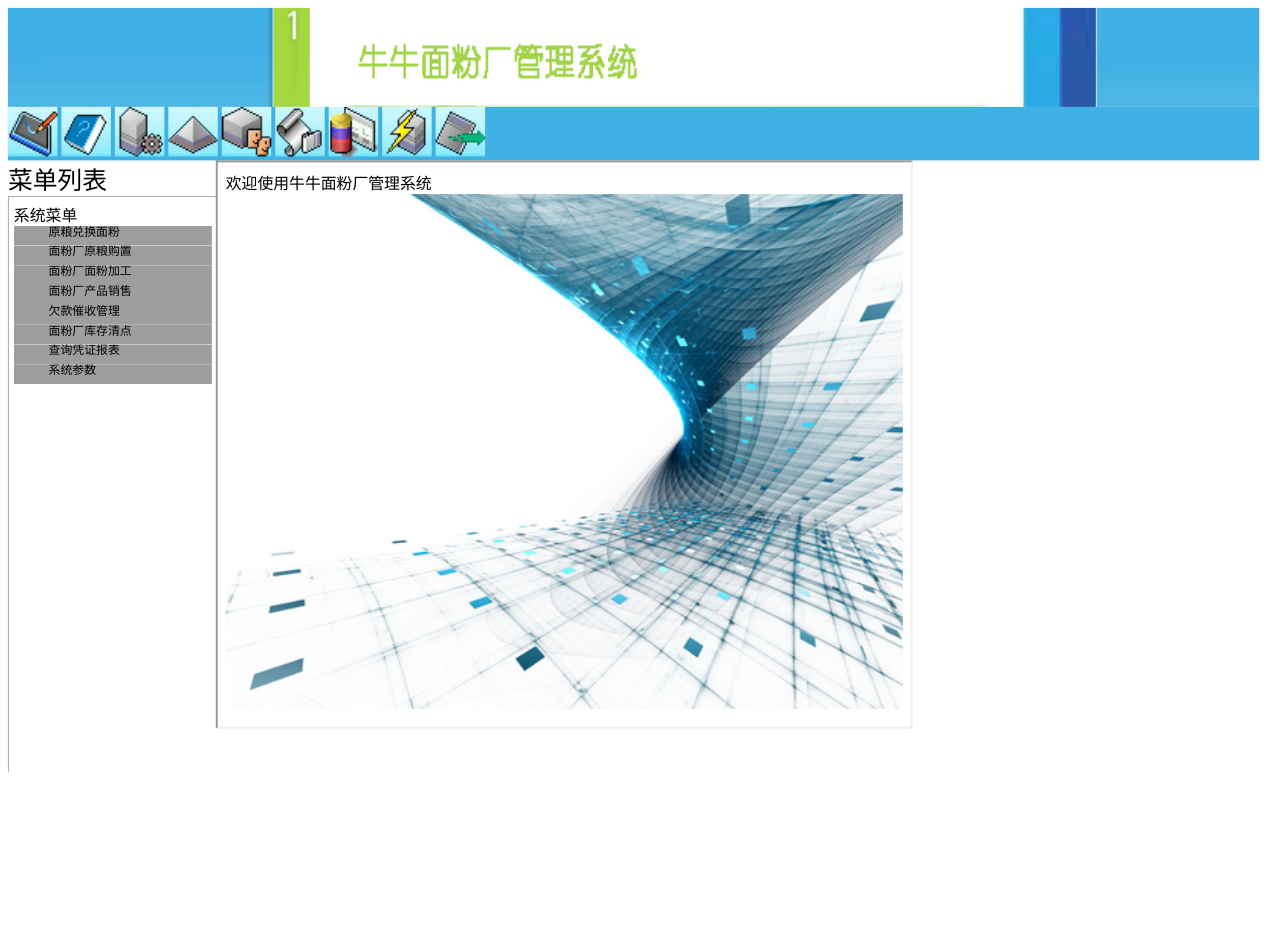
Repository: yuxingyan/OneCrewFlour
Page: http://localhost/Flour/
The author's editor kept a copy of each file at every save. The page is drawn from the files as they stood at one save, then again after the next save.
The browser window is 1280 px wide. The pictures show the whole page, at 99% of full size.
Pictures or frames that could not be fetched are drawn as grey boxes. The page is served by Tomcat 9. Nobody is signed in. The application's start-up code is not run. Other server files are loaded and not shown.

Above is the page before, as saved 2018-01-11 05:58:53.

### Flour/WebRoot/index.jsp
<%@ page language="java" import="java.util.*" pageEncoding="utf-8"%>
<%@ taglib prefix="s" uri="/struts-tags" %>
<%
String path = request.getContextPath();
String basePath = request.getScheme()+"://"+request.getServerName()+":"+request.getServerPort()+path+"/";
%>

<!DOCTYPE HTML PUBLIC "-//W3C//DTD HTML 4.01 Transitional//EN">
<html>
  <head>
    <base href="<%=basePath%>">

    <title>My JSP 'index.jsp' starting page</title>
    <link rel="stylesheet"href="css/bg.css"type="text/css"/>
	<meta http-equiv="pragma" content="no-cache">
	<meta http-equiv="cache-control" content="no-cache">
	<meta http-equiv="expires" content="0">
	<meta http-equiv="keywords" content="keyword1,keyword2,keyword3">
	<meta http-equiv="description" content="This is my page">
	<!--
	<link rel="stylesheet" type="text/css" href="styles.css">
	-->


  </head>

  <body>

  <img src="images/login_05.gif"width="100%"height="100">
  <div id="body" >
  <img src="images/icon_1.bmp"width="50"height="50">
   <img src="images/icon_2.bmp"width="50"height="50">
    <img src="images/icon_3.bmp"width="50"height="50">
     <img src="images/icon_4.bmp"width="50"height="50">
      <img src="images/icon_5.bmp"width="50"height="50">
       <img src="images/icon_6.bmp"width="50"height="50">
        <img src="images/icon_7.bmp"width="50"height="50">
         <img src="images/icon_8.bmp"width="50"height="50">
          <img src="images/icon_9.bmp"width="50"height="50">
  </div>
  <div id="main">

   <div id="font">菜单列表</div>

    <div id="esunTree" class="tree">系统菜单</div>



  </body>
  <script type="text/javascript">
try{document.execCommand("BackgroundImageCache",false,true)}catch(e){};
function Tree(data, el) {
    this.app=function(par,tag){return par.appendChild(document.createElement(tag))};
    this.create(document.getElementById(el),data)
};
Tree.fn = Tree.prototype = {
    create: function (par,group){
        var host=this, length = group.length;
        for (var i = 0; i < length; i++) {
            var dl =this.app(par,'DL'), dt = this.app(dl,'DT'), dd = this.app(dl,'DD');
            dt.innerHTML='<a href="javascript:void(0)">'+group[i]['t']+'</a>';
            if (!group[i]['s'])continue;
            dt.group=group[i]['s'];
            dt.className+=" node-close";
            dt.onclick=function (){
                var dd= this.nextSibling;
                if (!dd.hasChildNodes()){
                     host.create(dd,this.group);
                     this.className='node-open'
                 }else{
                    var set=dd.style.display=='none'?['','node-open']:['none','node-close'];
                     dd.style.display=set[0];
                     this.className=set[1]
                 }
            }
        }
    }
};
var data=[{
        t:'原粮兑换面粉',s:[
            {t:'<a href=rawfoodinstore target="name">原粮入库</a>'},
            {t:'<a href=flouruse target="name">面粉领用</a>'},
            {t:'<a href=managestore target="name">库存处理</a>'}
        ]
    },
    {t:'面粉厂原粮购置',s:[{t:'<a href=buy target="name">面粉厂原粮购置</a>'}]},
    {t:'面粉厂面粉加工',s:[{t:'<a href=flourprocess target="name">面粉厂面粉加工</a>'}]},
    {t:'面粉厂产品销售',s:[{t:'<a href=sale target="name">面粉厂产品销售</a>'}]},
    {t:'欠款催收管理',s:[{t:'<a href=change target="name">欠款催收管理</a>'}]},
    {t:'面粉厂库存清点',s:[{t:'<a href=checkflourstore target="name">面粉厂库存清点</a>'}]},
    {
        t:'查询凭证报表',s:[
            {t:'<a href=inquireinstore.jsp target="name">原粮入库查询</a>'},
            {t:'<a href=inquireuse.jsp target="name">原粮领用查询</a>'},
            {t:'<a href=inquireprocess.jsp target="name">面粉加工查询</a>'},
            {t:'<a href=inquireoutstore.jsp target="name">产品出库查询</a>'},
            {t:'<a href=inquirebuy.jsp target="name">原粮购置查询</a>'},
            {t:'<a href=inquiresale.jsp target="name">产品销售查询</a>'},

        ]
    },
    {
        t:'系统参数',s:[
            {t:'<a href=userlogin target="name">系统用户管理</a>'},
            {t:'<a href="clientlogin" target="name">客户管理</a>'},
            {t:'<a href="productlogin" target="name">产品类型管理</a>'}
        ]
    }
];
var et=new Tree(data,'esunTree');
 //]]>
</script>
</div>
 <div id="gb"><iframe src="welcome.jsp"width="700"height="570"name="name"></div>

</html>

### Flour/WebRoot/css/bg.css
@CHARSET "UTF-8";
 #body{

background-image:url(../images/login_01.jpg);

 }
 #font{

 font-size:25px;


 }
 .tree{width:200px;border:1px inset #fff;height:100%;padding:5px;overflow:auto;}
.tree dd,.tree dt, .tree dl{margin:0;padding:0;overflow:hidden;}
.tree dd{margin-left:18px;}
.tree dt{background:url(http://www.srcfans.com/jscode/img/201111/tree-bg.png) no-repeat 0 0px;padding-left:35px;line-height :20px;height:20px;}
.tree dt.node-close{background-position: 0 -24px;}
.tree dt.node-open{background-position: 0 -58px;}
.tree dt a{color:#000;text-decoration:none;font: 12px/1 verdana;line-height :12px;_line-height :16px;}
.tree dt a:hover{background:#0A246A;color:#fff;}
#gb{

	margin-top:-780;padding:210;




}

#buttonbg{

	position:absolute;
	width:55;
	height:55;
	background-image:url(../images/login_submit.jpg);
	background-repeat:no-repeat;
     margin-top:-60px;
     margin-left:280px;


}
#long{
	position:relative;

	margin:200px auto; width:400px;
	height:200px;
	background-repeat:no-repeat;


}
#main{


	height:570;
}

### Flour/WebRoot/welcome.jsp
<%@ page language="java" import="java.util.*" pageEncoding="utf-8"%>
<%
String path = request.getContextPath();
String basePath = request.getScheme()+"://"+request.getServerName()+":"+request.getServerPort()+path+"/";
%>

<!DOCTYPE HTML PUBLIC "-//W3C//DTD HTML 4.01 Transitional//EN">
<html>
  <head>
    <base href="<%=basePath%>">

    <title>My JSP 'welcome.jsp' starting page</title>

	<meta http-equiv="pragma" content="no-cache">
	<meta http-equiv="cache-control" content="no-cache">
	<meta http-equiv="expires" content="0">
	<meta http-equiv="keywords" content="keyword1,keyword2,keyword3">
	<meta http-equiv="description" content="This is my page">
	<!--
	<link rel="stylesheet" type="text/css" href="styles.css">
	-->

  </head>

  <body>
 欢迎使用牛牛面粉厂管理系统
  <img src="images/back.jpg"width="100%"height="520">
  </body>
</html>

After the next save:
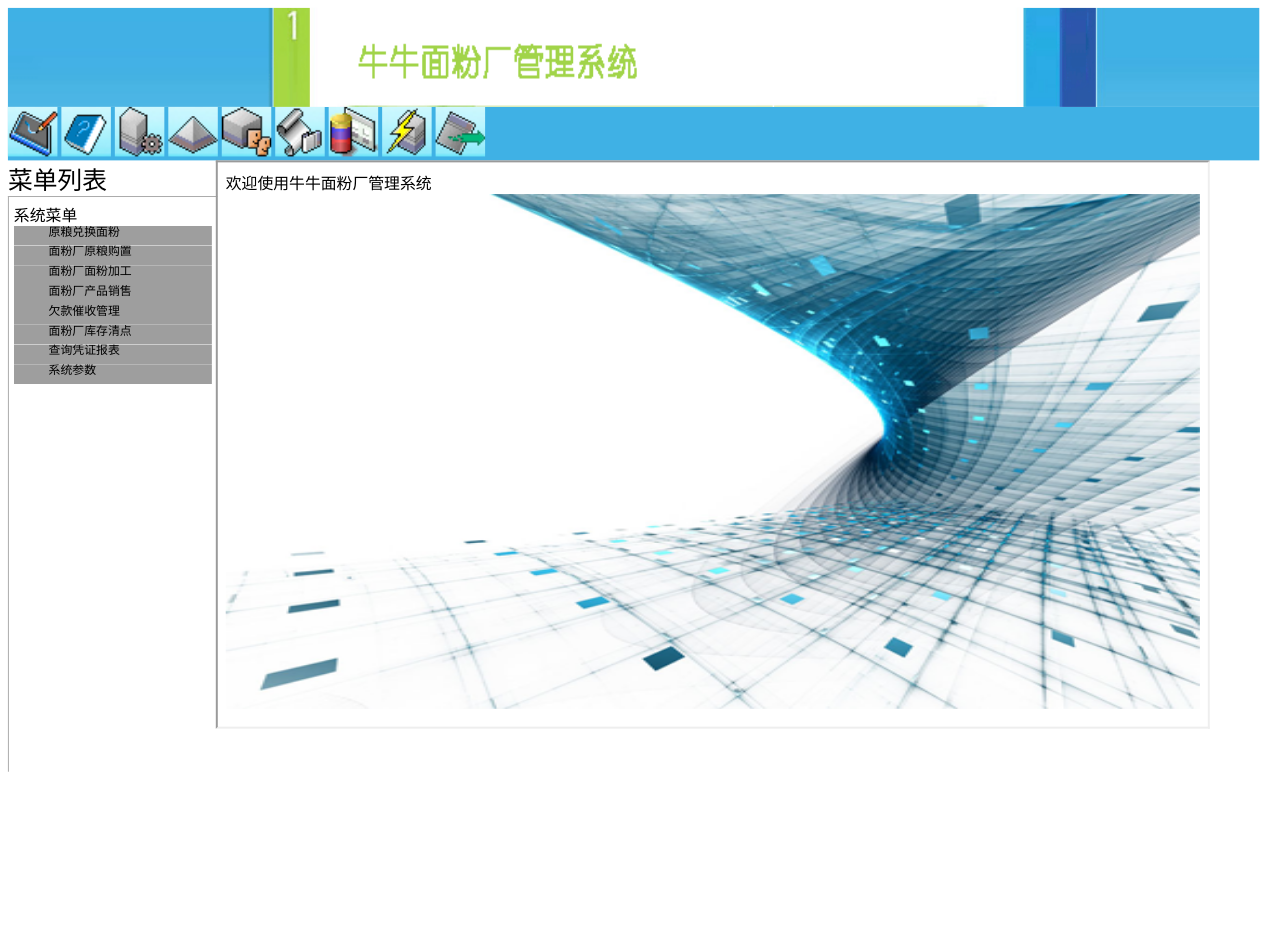
Saved 6 min 32 s later.
--- a/Flour/WebRoot/index.jsp
+++ b/Flour/WebRoot/index.jsp
@@ -111,6 +111,6 @@ var et=new Tree(data,'esunTree');
  //]]>
 </script>
 </div>
- <div id="gb"><iframe src="welcome.jsp"width="700"height="570"name="name"></div>
+ <div id="gb"><iframe src="welcome.jsp"width="1000"height="570"name="name"></div>
 
 </html>
